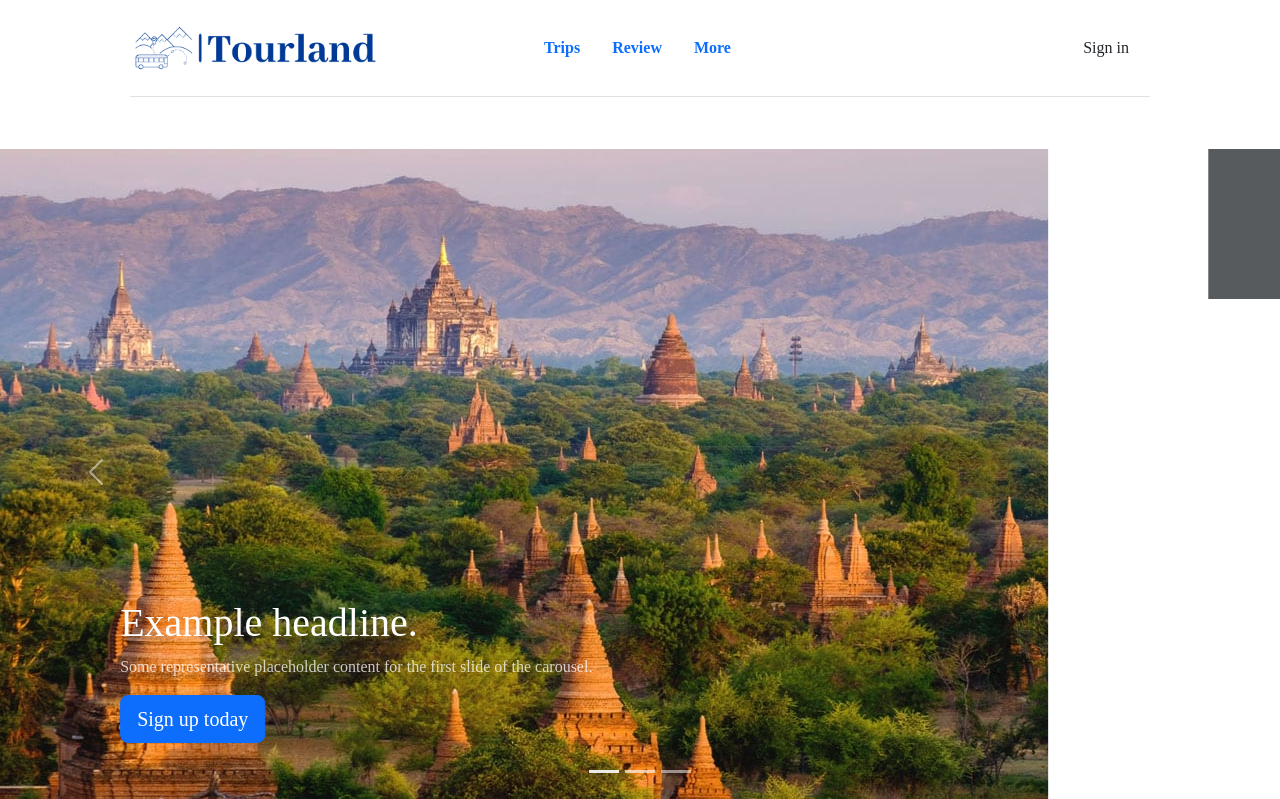
Repository: nyeinsu4520/tourland
Page: http://localhost/index
An editor plug-in stored every save of this project. The page is shown before and after the next save, followed by the edit.
The browser window is 1280 px wide. The pictures show the whole page.
Some web fonts or font styles are not loaded; a fallback is used. The page is this project's Thymeleaf template; nobody is signed in. The template is opened directly, without the code that normally fills it, so the values that code supplies are empty.

Above is the page before, as saved 2024-05-31 16:55:49.

### Tourland/src/main/resources/templates/index.html
<!DOCTYPE html>
<html>
<head>
<meta charset="ISO-8859-1">
<title>Insert title here</title>

	<link rel="icon" href="img/tourland2.png" type="image/png" />
    <link rel="stylesheet" href="./bootstrap/css/bootstrap.min.css" />
    <script src="./bootstrap/js/bootstrap.bundle.min.js"></script>
    <link href="https://cdnjs.cloudflare.com/ajax/libs/font-awesome/6.5.2/css/all.min.css"/>
    <link rel="stylesheet" href="style.css" />
    <style>
      #google_translate_element {
          display: none;
      }
  </style>
</head>
<body>

<div class="container">
      <header
        class="d-flex flex-wrap align-items-center justify-content-center justify-content-md-between py-3 mx-5 border-bottom"
      >
        <div class="col-md-auto mb-2 mb-md-0">
          <img class="logo" src="/image/img/tourland1.png" alt="" width="230px" />
        </div>

        <ul class="nav col-12 col-md-auto mb-2 justify-content-center mb-md-0">
          <li class="nav-item dropdown">
            <a
              class="nav-link fw-bold py-1 px-0 m-3 active"
              href="#"
              data-bs-toggle="dropdown"
              aria-expanded="false"
              >Trips</a
            >
            <ul class="dropdown-menu ">
              <li><a class="dropdown-item" href="#">One day Trip</a></li>
              <li><a class="dropdown-item" href="#">One Week Trip</a></li>
              <li><a class="dropdown-item" href="#">View my Trips</a></li>
            </ul>
          </li>
          <li class="nav-item dropdown">
            <a
              class="nav-link fw-bold py-1 px-0 m-3 active"
              href="#"
              data-bs-toggle="dropdown"
              aria-expanded="false"
              >Review</a
            >
            <ul class="dropdown-menu">
              <li><a class="dropdown-item" href="#">Write a Review</a></li>
              <li><a class="dropdown-item" href="#">Post a Photo</a></li>
              <li><a class="dropdown-item" href="#">Review Comments</a></li>
            </ul>
          </li>
          <li class="nav-item dropdown">
            <a
              class="nav-link nav-link-active fw-bold py-1 px-0 m-3 active"
              href="#"
              data-bs-toggle="dropdown"
              aria-expanded="false"
              >More</a
            >
            <ul class="dropdown-menu">
              <li><a class="dropdown-item" href="#">Restaurant</a></li>
              <li><a class="dropdown-item" href="#">Hotel</a></li>
              <li><a class="dropdown-item" href="#">Rental Cars</a></li>
            </ul>
          </li>
        </ul>

        <div class="col-md-3 text-end">
          <button type="button" class="btn btn-outline-first me-2">
            Sign in
          </button>
        </div>
      </header>
</div>

<div id="myCarousel" class="carousel slide mt-5 pt-1 mb-6" data-bs-ride="carousel">
      <div class="carousel-indicators">
        <button type="button" data-bs-target="#myCarousel" data-bs-slide-to="0" class="active" aria-current="true" aria-label="Slide 1"></button>
        <button type="button" data-bs-target="#myCarousel" data-bs-slide-to="1" aria-label="Slide 2"></button>
        <button type="button" data-bs-target="#myCarousel" data-bs-slide-to="2" aria-label="Slide 3"></button>
      </div>
      <div class="carousel-inner">
        <div class="carousel-item active">
          <img src="./image/img/bagan.jpg" >
          <div class="container">
            <div class="carousel-caption text-start">
              <h1>Example headline.</h1>
              <p class="opacity-75">Some representative placeholder content for the first slide of the carousel.</p>
              <p><a class="btn btn-lg btn-primary" href="#">Sign up today</a></p>
            </div>
          </div>
        </div>
        <div class="carousel-item">
          <svg class="bd-placeholder-img" width="100%" height="100%" xmlns="http://www.w3.org/2000/svg" aria-hidden="true" preserveAspectRatio="xMidYMid slice" focusable="false"><rect width="100%" height="100%" fill="var(--bs-secondary-color)"/></svg>
          <div class="container">
            <div class="carousel-caption">
              <h1>Another example headline.</h1>
              <p>Some representative placeholder content for the second slide of the carousel.</p>
              <p><a class="btn btn-lg btn-primary" href="#">Learn more</a></p>
            </div>
          </div>
        </div>
        <div class="carousel-item">
          <svg class="bd-placeholder-img" width="100%" height="100%" xmlns="http://www.w3.org/2000/svg" aria-hidden="true" preserveAspectRatio="xMidYMid slice" focusable="false"><rect width="100%" height="100%" fill="var(--bs-secondary-color)"/></svg>
          <div class="container">
            <div class="carousel-caption text-end">
              <h1>One more for good measure.</h1>
              <p>Some representative placeholder content for the third slide of this carousel.</p>
              <p><a class="btn btn-lg btn-primary" href="#">Browse gallery</a></p>
            </div>
          </div>
        </div>
      </div>
      <button class="carousel-control-prev" type="button" data-bs-target="#myCarousel" data-bs-slide="prev">
        <span class="carousel-control-prev-icon" aria-hidden="true"></span>
        <span class="visually-hidden">Previous</span>
      </button>
      <button class="carousel-control-next" type="button" data-bs-target="#myCarousel" data-bs-slide="next">
        <span class="carousel-control-next-icon" aria-hidden="true"></span>
        <span class="visually-hidden">Next</span>
      </button>
    </div>




</body>
</html>

### Tourland/src/main/resources/static/image/img/style.css
@import url('https://fonts.googleapis.com/css2?family=Jersey+20&family=Jersey+25&family=Josefin+Sans:ital,wght@0,100..700;1,100..700&family=Noto+Sans+Myanmar:wght@100;200;300;400;500;600;700;800;900&family=Nunito+Sans:ital,opsz,wght@0,6..12,200..1000;1,6..12,200..1000&family=Platypi:ital,wght@0,300..800;1,300..800&display=swap');


.nunito-sans {
    font-family: "Nunito Sans", sans-serif;
    font-optical-sizing: auto;
    font-style: normal;
    font-variation-settings:
      "wdth" 100,
      "YTLC" 500;
  }


  *  {
    font-family: "Nunito Sans";

}


.logo{
    width: 250px;
}

Loaded but not shown: Tourland/src/main/resources/static/bootstrap/css/bootstrap.min.css (library); Tourland/src/main/resources/static/bootstrap/js/bootstrap.bundle.min.js (library)

After the next save:
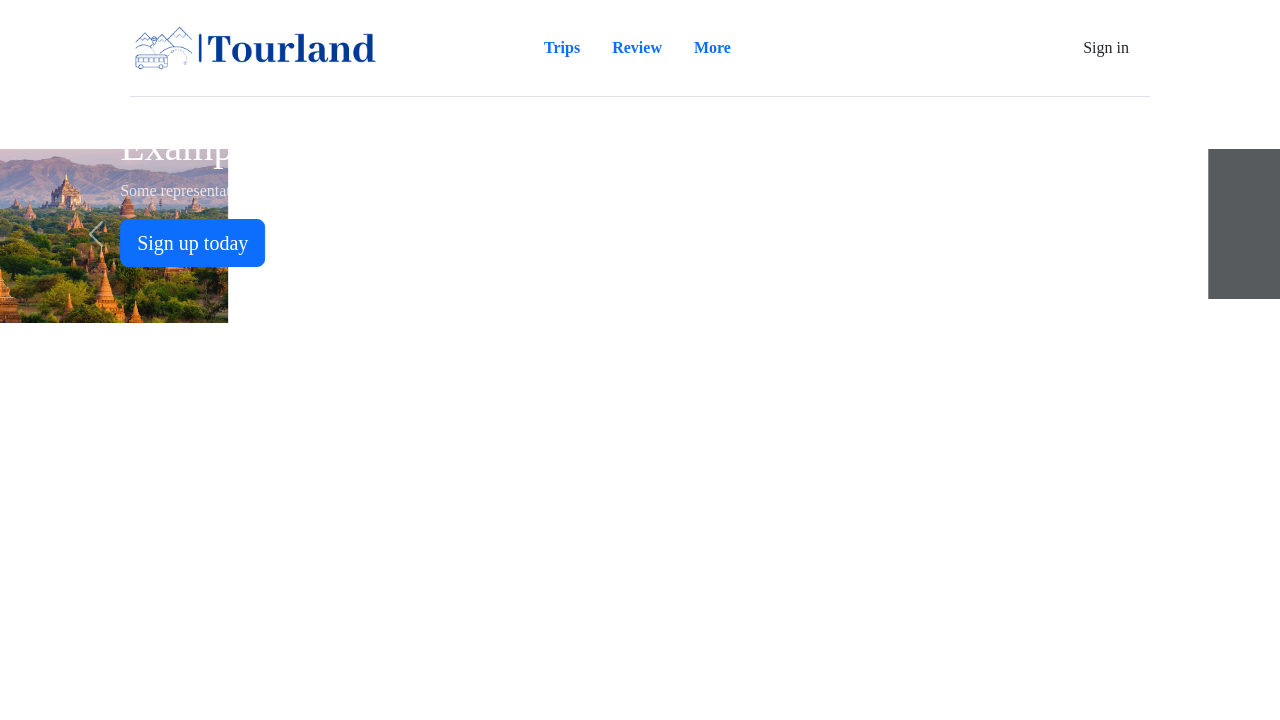
Saved 26 s later.
--- a/Tourland/src/main/resources/templates/index.html
+++ b/Tourland/src/main/resources/templates/index.html
@@ -86,7 +86,7 @@
       </div>
       <div class="carousel-inner">
         <div class="carousel-item active">
-          <img src="./image/img/bagan.jpg" >
+          <img src="./image/img/bagan.jpg" width="300px" >
           <div class="container">
             <div class="carousel-caption text-start">
               <h1>Example headline.</h1>
